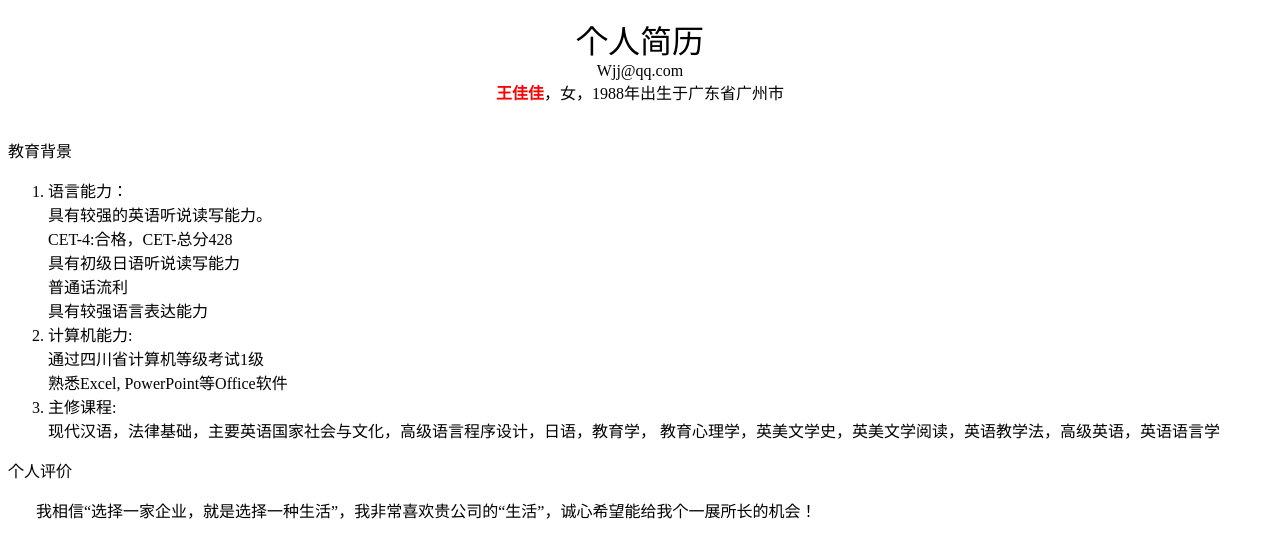
Repository: sheep9590/Test
Page: http://localhost/Prj03/
An editor plug-in stored every save of this project. The page is shown before and after the next save, followed by the edit.
The browser window is 1280 px wide. The pictures show the whole page.
The page is served by Tomcat 9.

Above is the page before, as saved 2021-09-02 15:48:11.

### eclipse-workspace/Prj03/WebRoot/index.jsp
<%@ page language="java" contentType="text/html; charset=UTF-8"
    pageEncoding="UTF-8"%>
<!DOCTYPE html>
<html>
<head>
<meta charset="UTF-8">
<title>我的第一个 HTML 页面</title>
</head>
<body>
<p align="center"><font face="楷体_GB2312" size="+3">个人简历</font><br>
Wjj@qq.com<br>
<font color="#FF0000" face="仿宋_GB2312" size="3"><b>王佳佳</b></font>，女，1988年出生于广东省广州市</p><br>
教育背景
<ol>
<li>语言能力：<br>具有较强的英语听说读写能力。<br>CET-4:合格，CET-总分428<br>具有初级日语听说读写能力<br>普通话流利<br>
具有较强语言表达能力 </li>
<li>计算机能力:<br>通过四川省计算机等级考试1级<br>熟悉Excel, PowerPoint等Office软件</li>
<li>主修课程:<br>现代汉语，法律基础，主要英语国家社会与文化，高级语言程序设计，日语，教育学， 教育心理学，英美文学史，英美文学阅读，英语教学法，高级英语，英语语言学</li>
</ol>
个人评价
<p>&nbsp;&nbsp;&nbsp;&nbsp;&nbsp;&nbsp;&nbsp;我相信“选择一家企业，就是选择一种生活”，我非常喜欢贵公司的“生活”，诚心希望能给我个一展所长的机会！</p>
</body>
</html>

After the next save:
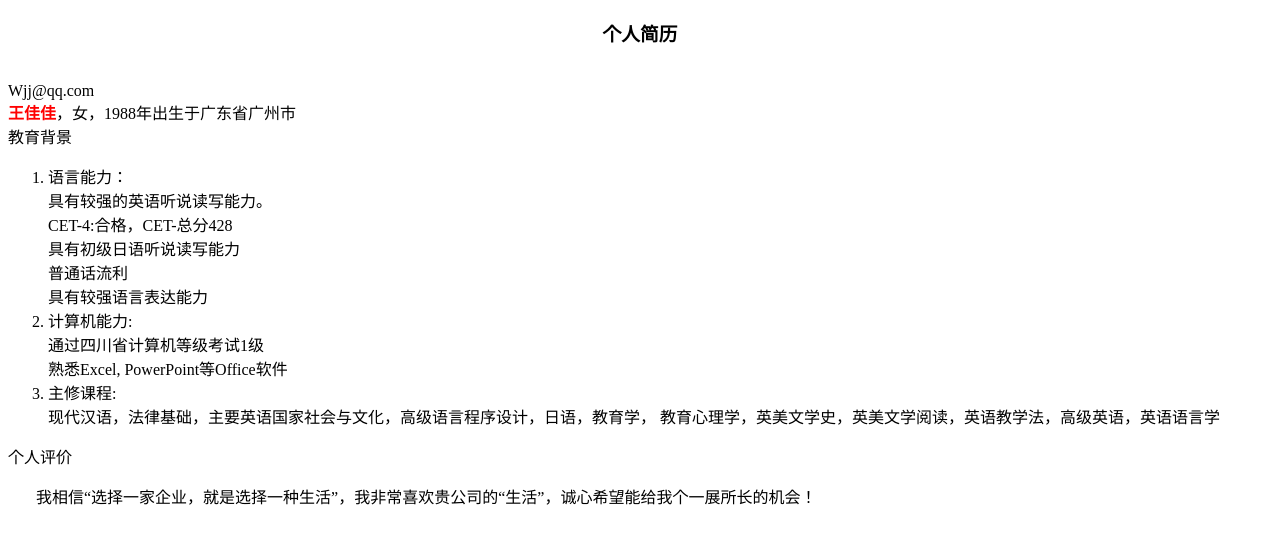
Saved 73 s later.
--- a/eclipse-workspace/Prj03/WebRoot/index.jsp
+++ b/eclipse-workspace/Prj03/WebRoot/index.jsp
@@ -7,9 +7,9 @@
 <title>我的第一个 HTML 页面</title>
 </head>
 <body>
-<p align="center"><font face="楷体_GB2312" size="+3">个人简历</font><br>
+<h3 align="center">个人简历</h3><br>
 Wjj@qq.com<br>
-<font color="#FF0000" face="仿宋_GB2312" size="3"><b>王佳佳</b></font>，女，1988年出生于广东省广州市</p><br>
+<font color="#FF0000" face="仿宋_GB2312" size="3"><b>王佳佳</b></font>，女，1988年出生于广东省广州市<br>
 教育背景
 <ol>
 <li>语言能力：<br>具有较强的英语听说读写能力。<br>CET-4:合格，CET-总分428<br>具有初级日语听说读写能力<br>普通话流利<br>
